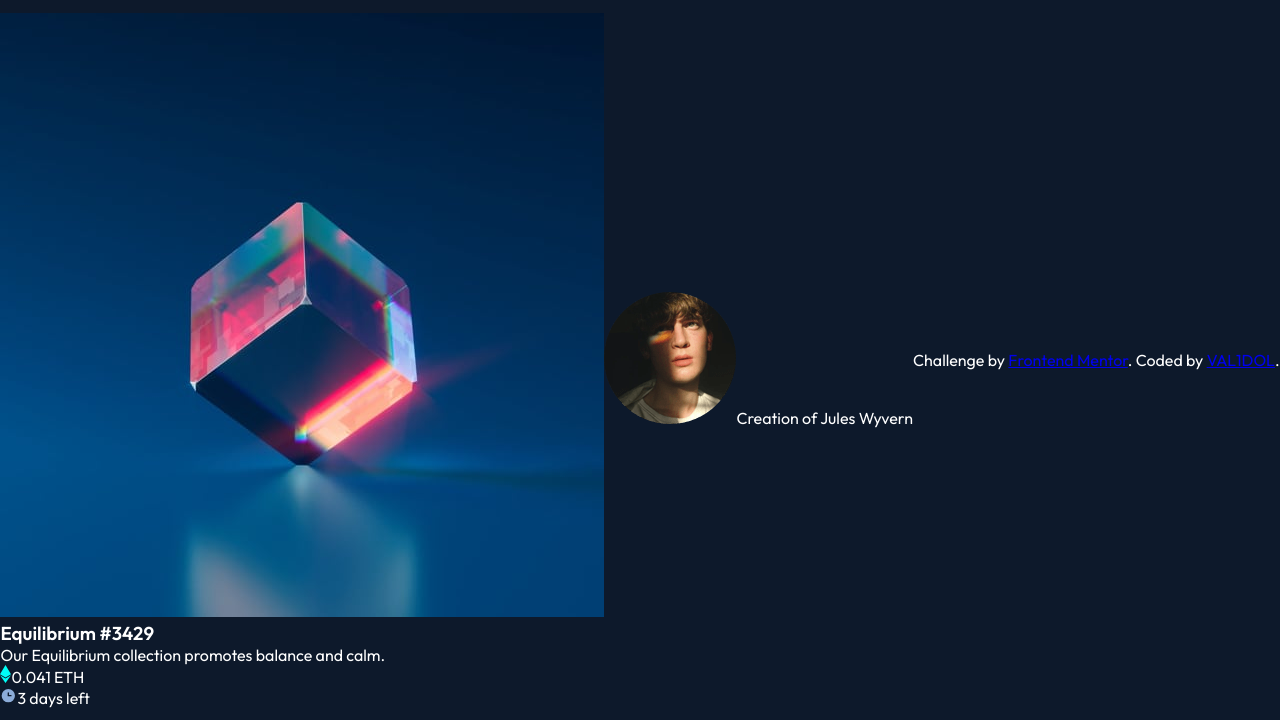
Repository: VAL1DOL-web/fm-NFT-preview-card-component
Page: index.html
The author's editor kept a copy of each file at every save. The page is drawn from the files as they stood at one save, then again after the next save.
The browser window is 1280 px wide. The pictures show the whole page.

Above is the page before, as saved 2024-01-07 15:32:31.

After the next save:
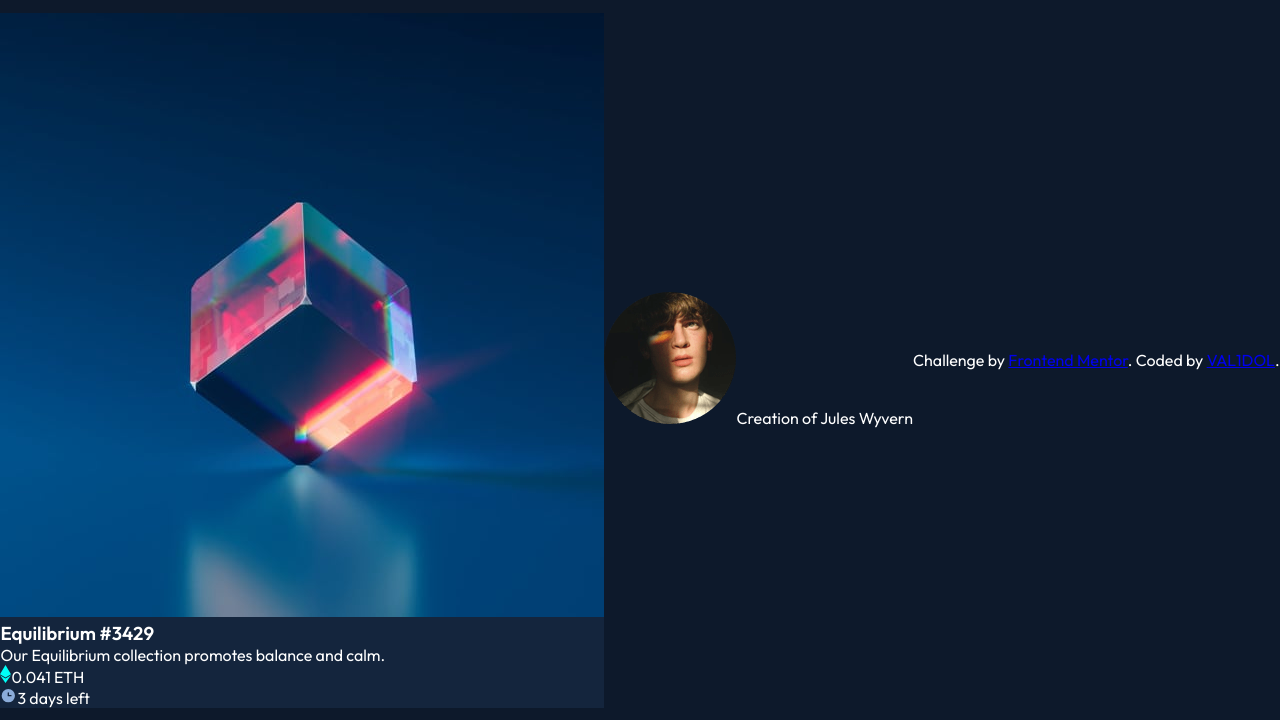
Saved 65 s later.
--- a/style.css
+++ b/style.css
@@ -14,3 +14,6 @@ body {
     align-items: center;
     font-family: 'Outfit', sans-serif;
   }
+.card {
+    background-color:hsl(216, 50%, 16%);
+}
